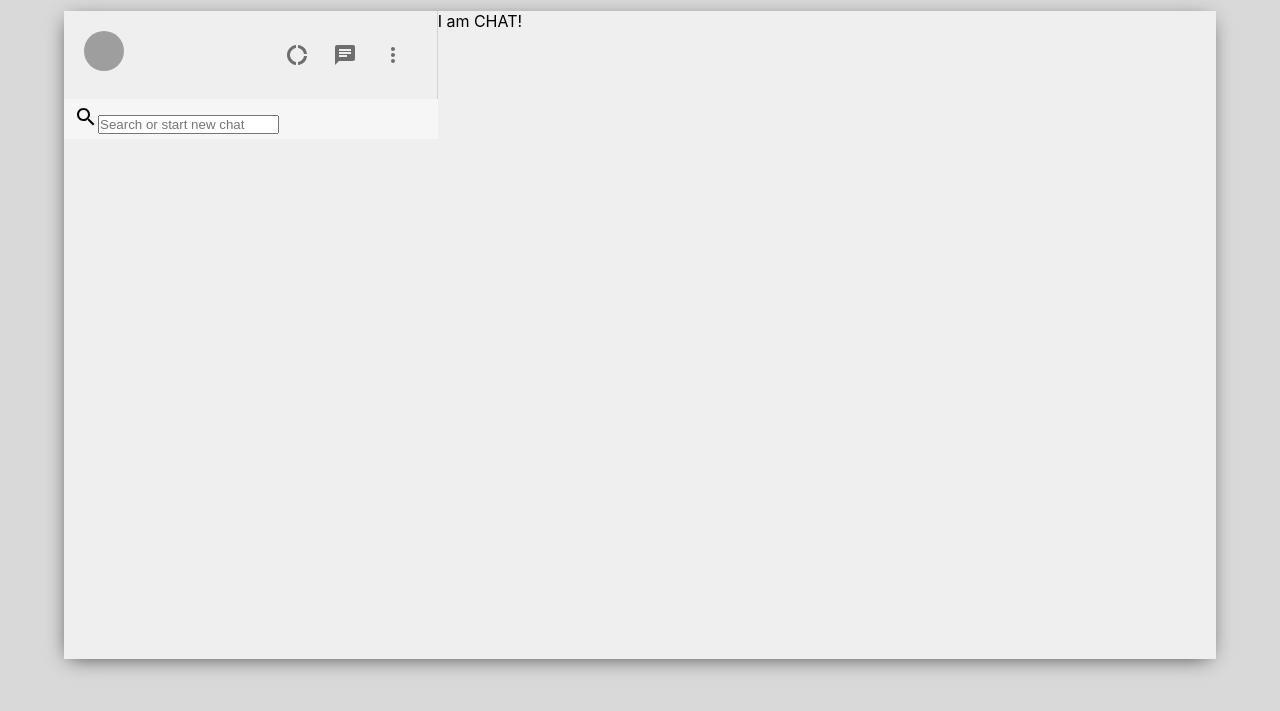
Repository: BogoGit/clone-whatsapp
Page: / (app in whatsapp-front/)
An editor plug-in stored every save of this project. The page is shown before and after the next save, followed by the edit.
The browser window is 1280 px wide. The pictures show the whole page.
Pictures or frames that could not be fetched are drawn as grey boxes. The project was rebuilt for these pictures with package versions that can differ from the ones it lists, and the page was loaded fresh each time.

Above is the page before, as saved 2020-11-18 17:07:59.

After the next save:
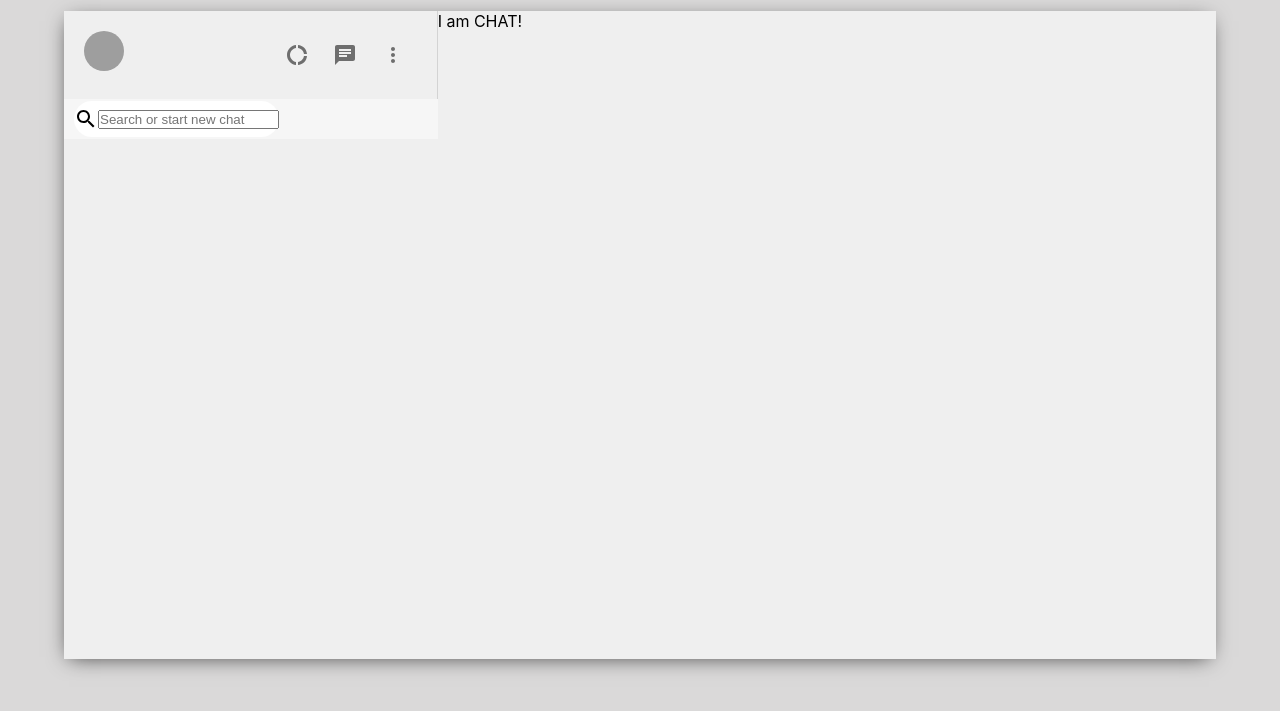
Saved 35 s later.
--- a/whatsapp-front/src/Components/Sidebar.css
+++ b/whatsapp-front/src/Components/Sidebar.css
@@ -29,3 +29,11 @@
 	height: 4rem;
 	padding: 1rem;
 }
+
+.sidebar__searchContainer {
+	display: flex;
+	align-items: center;
+	background-color: #fff;
+	height: 3.6rem;
+	border-radius: 2rem;
+}
